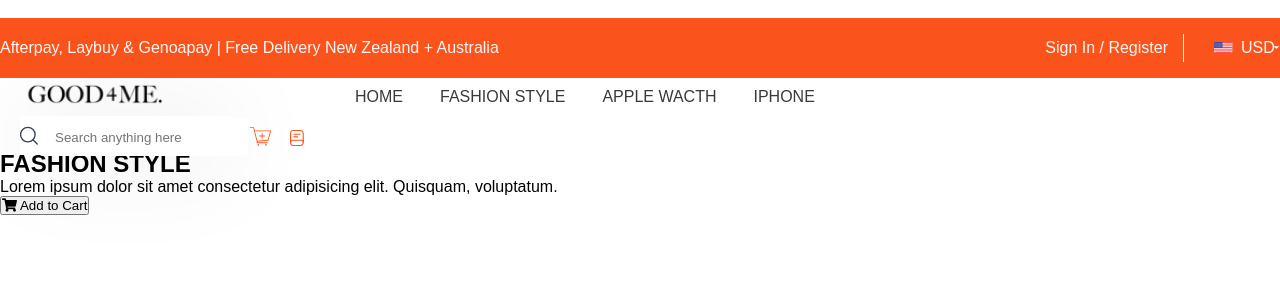
Repository: ThuatDev/shoppe_ale
Page: index.html
An editor plug-in stored every save of this project. The page is shown before and after the next save, followed by the edit.
The browser window is 1280 px wide. The pictures show the whole page.
Some web fonts or font styles are not loaded; a fallback is used.

Above is the page before, as saved 2023-08-07 17:56:09.

After the next save:
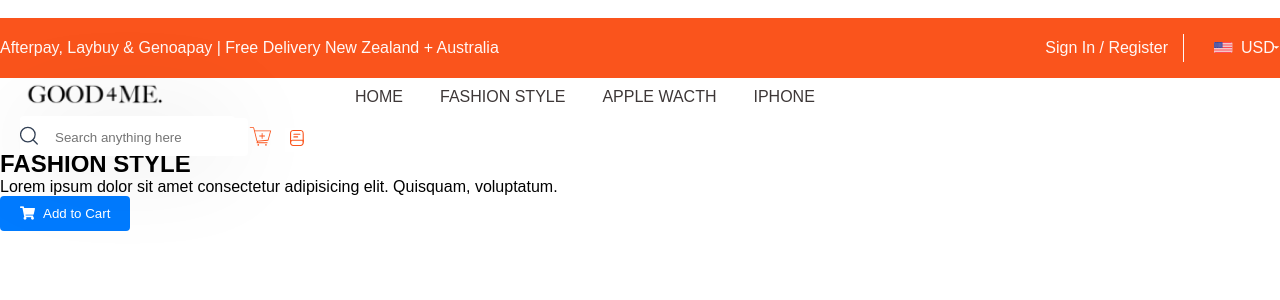
Saved 20 s later.
--- a/asset/css/style.css
+++ b/asset/css/style.css
@@ -186,15 +186,20 @@
   align-items: center;
   position: relative;
 }
-.btn-cart {
-  background-color: #fa541c;
-  color: #fff;
+/* css banner  */
+.add-to-cart-button {
+  display: flex;
+  align-items: center;
+  justify-content: center;
+  padding: 10px 20px;
+  background-color: #007bff;
+  color: white;
   border: none;
   border-radius: 4px;
-  padding: 8px 16px;
-  font-size: 16px;
-  font-style: normal;
-  font-weight: 500;
-  line-height: 170%;
   cursor: pointer;
 }
+
+/* CSS cho biểu tượng giỏ hàng */
+.cart-icon {
+  margin-right: 8px;
+}
